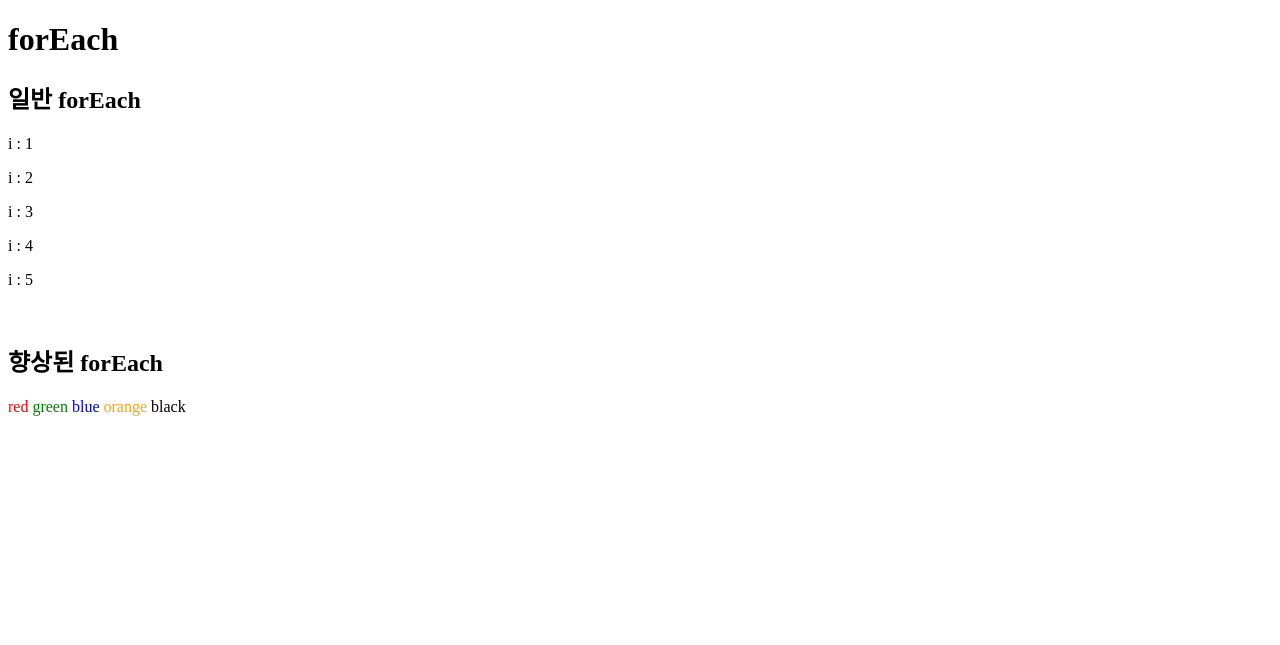
Repository: Jh1227/JSP
Page: http://localhost/13_JSTL/ex06_forEach.jsp
An editor plug-in stored every save of this project. The page is shown before and after the next save, followed by the edit.
The browser window is 1280 px wide. The pictures show the whole page.
The page is served by Tomcat 9.

Above is the page before, as saved 2023-04-11 02:31:59.

After the next save:
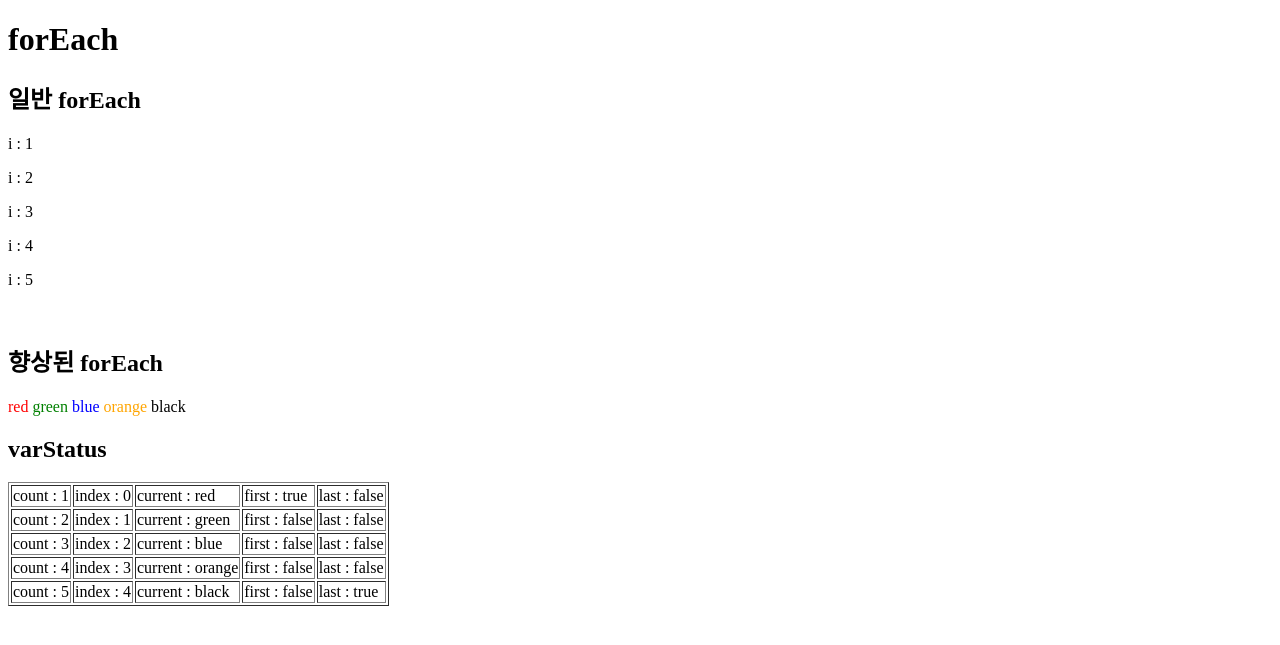
Saved 3 min 20 s later.
--- a/13_JSTL/src/main/webapp/ex06_forEach.jsp
+++ b/13_JSTL/src/main/webapp/ex06_forEach.jsp
@@ -30,5 +30,19 @@
 	<c:forEach var ="stn" items ="<%=colors %>">
 		<span style= "color:${stn}">${stn }</span>
 	</c:forEach>
+	<br>
+
+	<h2>varStatus</h2>
+	<table border ="1">
+		<c:forEach var ="stn" items ="<%=colors %>" varStatus ="check">
+			<tr>
+				<td> count : ${check.count } </td>
+				<td> index : ${check.index } </td>
+				<td> current : ${check.current } </td>
+				<td> first : ${check.first } </td>
+				<td> last : ${check.last } </td>
+			</tr>
+		</c:forEach>
+	</table>
 </body>
 </html>
